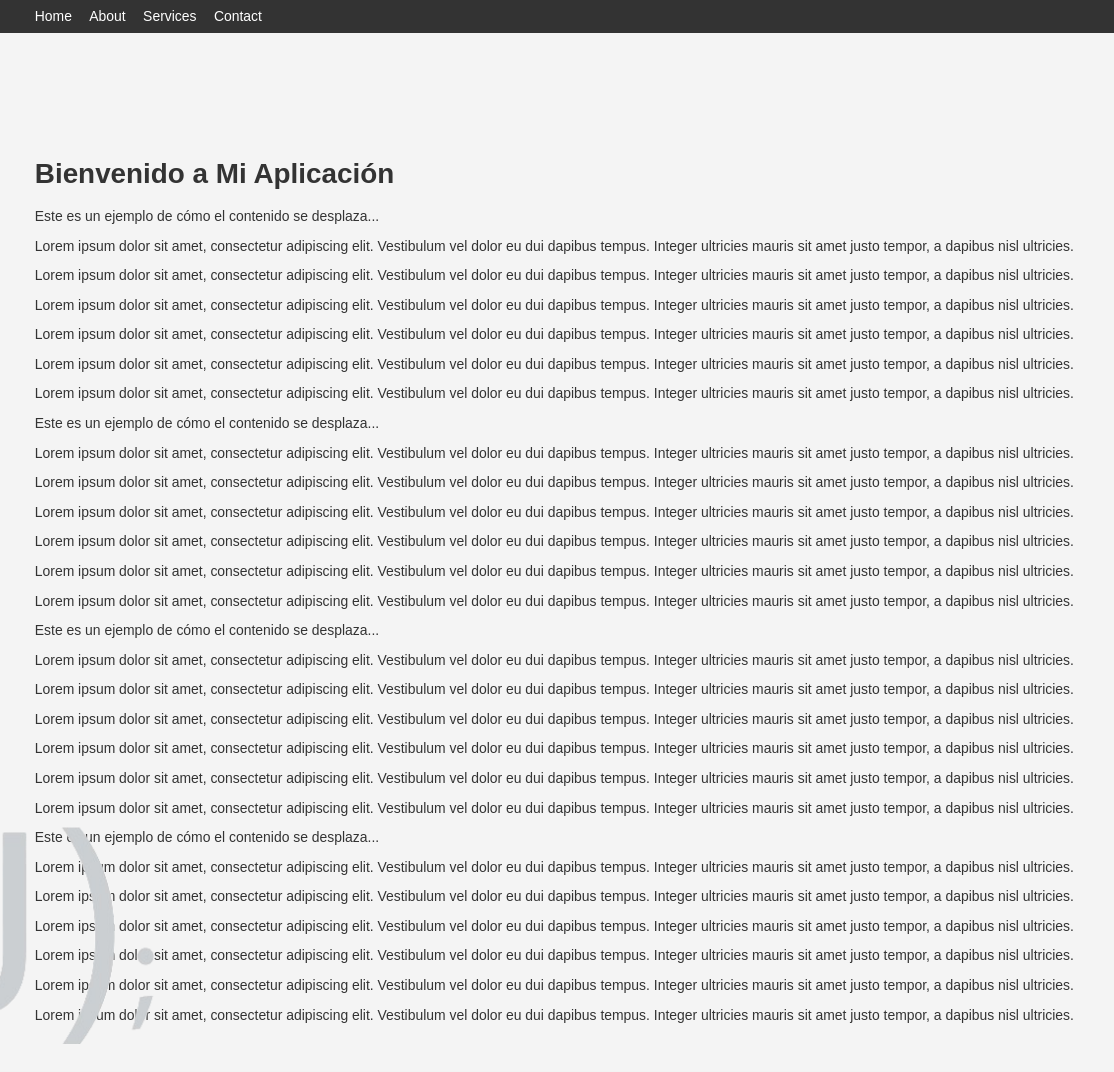
Repository: JoyMoGas/HelujaArc
Page: http://localhost/
An editor plug-in stored every save of this project. The page is shown before and after the next save, followed by the edit.
The browser window is 1280 px wide. The pictures show the whole page, at 87% of full size.
The page is served by the project's application, run on Flask 3 (run.py).

Above is the page before, as saved 2024-08-11 15:19:18.

### templates/index.html
{% extends "base.html" %}

{% block content %}
<div id="body-logo">
    <img src="{{ url_for('static', filename='logo.png') }}" alt="Logo" id="logo">
</div>

<div class="content">
    <h1>Bienvenido a Mi Aplicación</h1>
    <p>Este es un ejemplo de cómo el contenido se desplaza...</p>
    <p>Lorem ipsum dolor sit amet, consectetur adipiscing elit. Vestibulum vel dolor eu dui dapibus tempus. Integer ultricies mauris sit amet justo tempor, a dapibus nisl ultricies.</p>
    <p>Lorem ipsum dolor sit amet, consectetur adipiscing elit. Vestibulum vel dolor eu dui dapibus tempus. Integer ultricies mauris sit amet justo tempor, a dapibus nisl ultricies.</p>
    <p>Lorem ipsum dolor sit amet, consectetur adipiscing elit. Vestibulum vel dolor eu dui dapibus tempus. Integer ultricies mauris sit amet justo tempor, a dapibus nisl ultricies.</p>
    <p>Lorem ipsum dolor sit amet, consectetur adipiscing elit. Vestibulum vel dolor eu dui dapibus tempus. Integer ultricies mauris sit amet justo tempor, a dapibus nisl ultricies.</p>
    <p>Lorem ipsum dolor sit amet, consectetur adipiscing elit. Vestibulum vel dolor eu dui dapibus tempus. Integer ultricies mauris sit amet justo tempor, a dapibus nisl ultricies.</p>
    <p>Lorem ipsum dolor sit amet, consectetur adipiscing elit. Vestibulum vel dolor eu dui dapibus tempus. Integer ultricies mauris sit amet justo tempor, a dapibus nisl ultricies.</p>
    <p>Este es un ejemplo de cómo el contenido se desplaza...</p>
    <p>Lorem ipsum dolor sit amet, consectetur adipiscing elit. Vestibulum vel dolor eu dui dapibus tempus. Integer ultricies mauris sit amet justo tempor, a dapibus nisl ultricies.</p>
    <p>Lorem ipsum dolor sit amet, consectetur adipiscing elit. Vestibulum vel dolor eu dui dapibus tempus. Integer ultricies mauris sit amet justo tempor, a dapibus nisl ultricies.</p>
    <p>Lorem ipsum dolor sit amet, consectetur adipiscing elit. Vestibulum vel dolor eu dui dapibus tempus. Integer ultricies mauris sit amet justo tempor, a dapibus nisl ultricies.</p>
    <p>Lorem ipsum dolor sit amet, consectetur adipiscing elit. Vestibulum vel dolor eu dui dapibus tempus. Integer ultricies mauris sit amet justo tempor, a dapibus nisl ultricies.</p>
    <p>Lorem ipsum dolor sit amet, consectetur adipiscing elit. Vestibulum vel dolor eu dui dapibus tempus. Integer ultricies mauris sit amet justo tempor, a dapibus nisl ultricies.</p>
    <p>Lorem ipsum dolor sit amet, consectetur adipiscing elit. Vestibulum vel dolor eu dui dapibus tempus. Integer ultricies mauris sit amet justo tempor, a dapibus nisl ultricies.</p>

    <p>Este es un ejemplo de cómo el contenido se desplaza...</p>
    <p>Lorem ipsum dolor sit amet, consectetur adipiscing elit. Vestibulum vel dolor eu dui dapibus tempus. Integer ultricies mauris sit amet justo tempor, a dapibus nisl ultricies.</p>
    <p>Lorem ipsum dolor sit amet, consectetur adipiscing elit. Vestibulum vel dolor eu dui dapibus tempus. Integer ultricies mauris sit amet justo tempor, a dapibus nisl ultricies.</p>
    <p>Lorem ipsum dolor sit amet, consectetur adipiscing elit. Vestibulum vel dolor eu dui dapibus tempus. Integer ultricies mauris sit amet justo tempor, a dapibus nisl ultricies.</p>
    <p>Lorem ipsum dolor sit amet, consectetur adipiscing elit. Vestibulum vel dolor eu dui dapibus tempus. Integer ultricies mauris sit amet justo tempor, a dapibus nisl ultricies.</p>
    <p>Lorem ipsum dolor sit amet, consectetur adipiscing elit. Vestibulum vel dolor eu dui dapibus tempus. Integer ultricies mauris sit amet justo tempor, a dapibus nisl ultricies.</p>
    <p>Lorem ipsum dolor sit amet, consectetur adipiscing elit. Vestibulum vel dolor eu dui dapibus tempus. Integer ultricies mauris sit amet justo tempor, a dapibus nisl ultricies.</p>

    <p>Este es un ejemplo de cómo el contenido se desplaza...</p>
    <p>Lorem ipsum dolor sit amet, consectetur adipiscing elit. Vestibulum vel dolor eu dui dapibus tempus. Integer ultricies mauris sit amet justo tempor, a dapibus nisl ultricies.</p>
    <p>Lorem ipsum dolor sit amet, consectetur adipiscing elit. Vestibulum vel dolor eu dui dapibus tempus. Integer ultricies mauris sit amet justo tempor, a dapibus nisl ultricies.</p>
    <p>Lorem ipsum dolor sit amet, consectetur adipiscing elit. Vestibulum vel dolor eu dui dapibus tempus. Integer ultricies mauris sit amet justo tempor, a dapibus nisl ultricies.</p>
    <p>Lorem ipsum dolor sit amet, consectetur adipiscing elit. Vestibulum vel dolor eu dui dapibus tempus. Integer ultricies mauris sit amet justo tempor, a dapibus nisl ultricies.</p>
    <p>Lorem ipsum dolor sit amet, consectetur adipiscing elit. Vestibulum vel dolor eu dui dapibus tempus. Integer ultricies mauris sit amet justo tempor, a dapibus nisl ultricies.</p>
    <p>Lorem ipsum dolor sit amet, consectetur adipiscing elit. Vestibulum vel dolor eu dui dapibus tempus. Integer ultricies mauris sit amet justo tempor, a dapibus nisl ultricies.</p>


</div>
{% endblock %}

### templates/base.html
<!DOCTYPE html>
<html lang="en">
<head>
    <meta charset="UTF-8">
    <meta name="viewport" content="width=device-width, initial-scale=1.0">
    <title>Mi Aplicación</title>
    <!-- Incluir hoja de estilo -->
    <link rel="stylesheet" href="{{ url_for('static', filename='style.css') }}">
</head>
<body>
    <nav class="navbar">
        <div class="navbar-logo" id="navbar-logo" style="display: none;">
            <img src="{{ url_for('static', filename='logo.png') }}" alt="Logo">
        </div>
        <ul class="navbar-links">
            <li><a href="#">Home</a></li>
            <li><a href="#">About</a></li>
            <li><a href="#">Services</a></li>
            <li><a href="#">Contact</a></li>
        </ul>
    </nav>
    <div class="content">
        {% block content %}
        {% endblock %}
    </div>
    <script src="{{ url_for('static', filename='scripts.js') }}"></script>
</body>
</html>

### static/style.css
/* Estilo para el cuerpo de la página */
body {
    margin: 0;
    font-family: Arial, sans-serif;
    background-color: #f4f4f4; /* Color de fondo del body */
    color: #333; /* Color del texto del body */
}

/* Estilo para la navbar */
.navbar {
    position: fixed;
    top: 0;
    width: 100%;
    background-color: #333; /* Color de fondo de la navbar */
    color: white;
    display: flex;
    align-items: center;
    justify-content: space-between;
    padding: 10px 20px;
    z-index: 1000; /* Asegura que la navbar esté por encima de otros contenidos */
}

/* Logo en la navbar */
.navbar-logo img {
    height: 40px; /* Ajusta el tamaño del logotipo en la navbar */
}

/* Enlaces en la navbar */
.navbar-links {
    list-style: none;
    margin: 0;
    padding: 0;
    display: flex;
}

.navbar-links li {
    margin-left: 20px;
}

.navbar-links a {
    color: white;
    text-decoration: none;
    font-size: 16px;
    transition: color 0.3s ease;
}

.navbar-links a:hover {
    color: #ddd; /* Color del enlace al pasar el cursor */
}

/* Contenido de la página */
.content {
    padding: 20px;
    margin-top: 60px; /* Ajusta el margen superior para que el contenido no quede oculto debajo de la navbar */
}

/* Estilos iniciales del logotipo en el body */
#body-logo {
    position: absolute;
    bottom: 20px; /* Ajusta según la ubicación inicial */
    left: 20px; /* Ajusta según la ubicación inicial */
    transition: transform 0.5s ease, width 0.5s ease, height 0.5s ease;
}

/* Logotipo en la navbar */
.navbar-logo {
    position: fixed;
    top: 10px;
    right: 20px;
    width: 100px; /* Tamaño del logotipo en la navbar */
    height: auto;
    transform: scale(0.5);
    display: none; /* Inicialmente oculto */
}

/* Define la animación de deslizamiento */
@keyframes slideToNavbar {
    0% {
        transform: translateY(0) scale(1);
    }
    100% {
        transform: translateY(calc(-100vh + 50px)) scale(0.5);
    }
}

### static/scripts.js
"use strict";
document.addEventListener('DOMContentLoaded', () => {
    window.scrollTo(0, 0);
    const logo = document.getElementById('logo');
    const handleScroll = () => {
        if (window.scrollY > 50) {
            logo.style.position = 'fixed';
            logo.style.top = '0px';
            logo.style.left = '120px';
            logo.style.height = '100px';
            logo.style.transform = 'translateX(0) scale(0.6)';
        }
        else {
            logo.style.position = 'absolute';
            logo.style.top = '250px';
            logo.style.left = '50%';
            logo.style.transform = 'translateX(-50%) scale(1)';
            logo.style.height = '250px';
        }
    };
    window.addEventListener('scroll', handleScroll);
    // Inicializa el estado del logotipo
    handleScroll();
});
window.addEventListener('scroll', () => {
    const navbar = document.querySelector('.navbar');
    if (window.scrollY > 50) {
        navbar.classList.add('scrolled');
    }
    else {
        navbar.classList.remove('scrolled');
    }
});
window.addEventListener('beforeunload', () => {
    window.scrollTo(0, 0);
});

Loaded but not shown: run.py (common file)

After the next save:
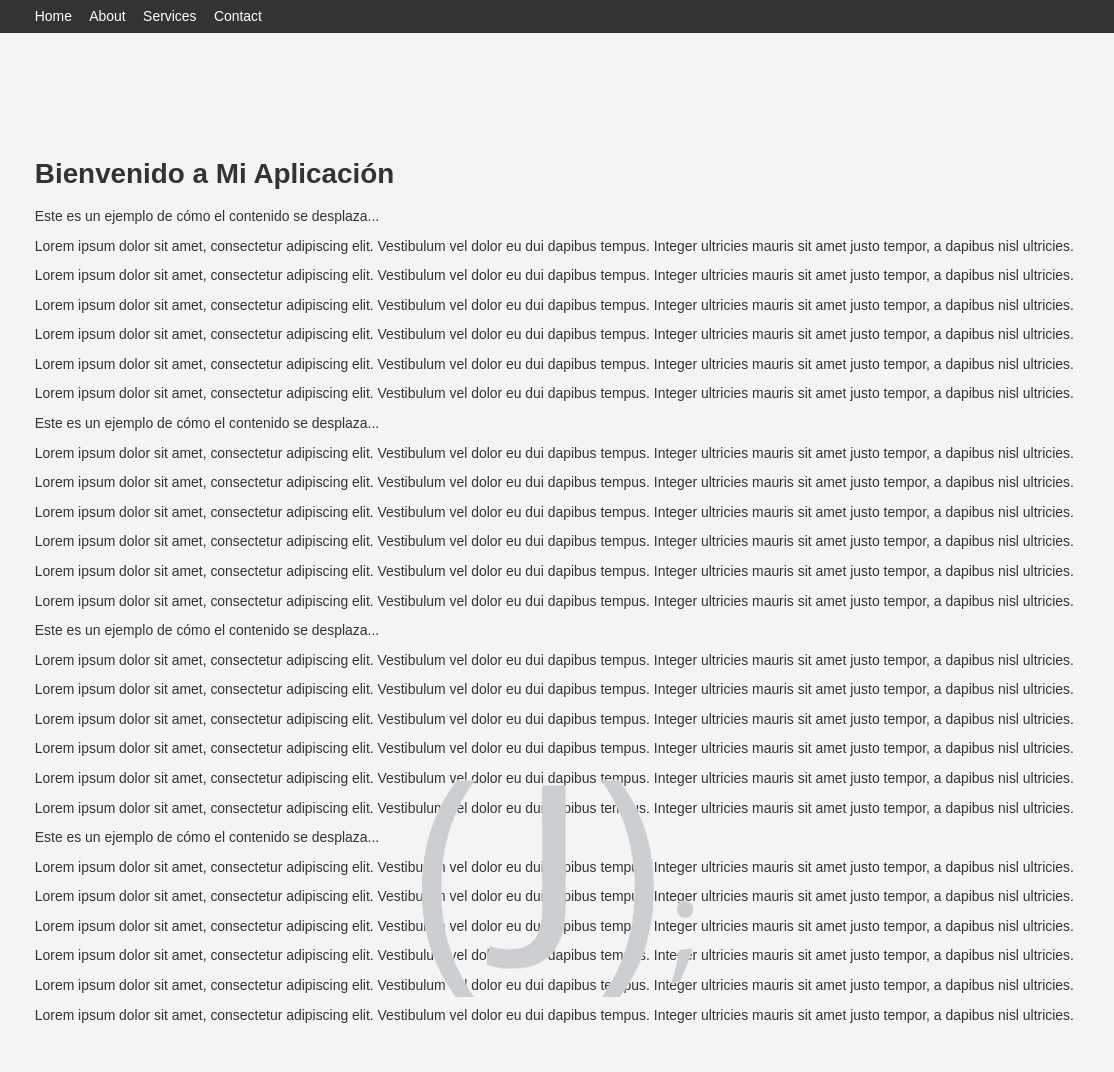
Saved 40 s later.
--- a/static/style.css
+++ b/static/style.css
@@ -4,6 +4,7 @@
     font-family: Arial, sans-serif;
     background-color: #f4f4f4; /* Color de fondo del body */
     color: #333; /* Color del texto del body */
+    position: relative; /* Necesario para la posición del logotipo */
 }
 
 /* Estilo para la navbar */
@@ -21,11 +22,46 @@
 }
 
 /* Logo en la navbar */
-.navbar-logo img {
-    height: 40px; /* Ajusta el tamaño del logotipo en la navbar */
+.navbar-logo {
+    position: fixed;
+    top: 10px;
+    left: 20px; /* Ajusta según la ubicación deseada en la navbar */
+    width: 60px; /* Tamaño del logotipo en la navbar */
+    height: auto;
+    transition: transform 0.5s ease, width 0.5s ease, height 0.5s ease;
+    display: none; /* Inicialmente oculto */
 }
 
-/* Enlaces en la navbar */
+/* Define la animación de deslizamiento */
+@keyframes slideToNavbar {
+    0% {
+        transform: translateY(0) translateX(0) scale(1);
+    }
+    100% {
+        transform: translateY(calc(-50vh + 10px)) translateX(calc(-50vw + 20px)) scale(0.5);
+    }
+}
+
+/* Estilos iniciales del logotipo en el body */
+#body-logo {
+    position: absolute;
+    top: 50%;
+    left: 50%;
+    transform: translate(-50%, -50%);
+    transition: transform 0.5s ease, width 0.5s ease, height 0.5s ease;
+}
+
+/* Aplica los estilos cuando el usuario hace scroll */
+.scrolled #body-logo {
+    display: none; /* Oculta el logotipo en el body */
+}
+
+.scrolled .navbar-logo {
+    display: block; /* Muestra el logotipo en la navbar */
+    animation: slideToNavbar 1s forwards; /* Aplica la animación */
+}
+
+/* Estilos para los enlaces en la navbar */
 .navbar-links {
     list-style: none;
     margin: 0;
@@ -53,32 +89,3 @@
     padding: 20px;
     margin-top: 60px; /* Ajusta el margen superior para que el contenido no quede oculto debajo de la navbar */
 }
-
-/* Estilos iniciales del logotipo en el body */
-#body-logo {
-    position: absolute;
-    bottom: 20px; /* Ajusta según la ubicación inicial */
-    left: 20px; /* Ajusta según la ubicación inicial */
-    transition: transform 0.5s ease, width 0.5s ease, height 0.5s ease;
-}
-
-/* Logotipo en la navbar */
-.navbar-logo {
-    position: fixed;
-    top: 10px;
-    right: 20px;
-    width: 100px; /* Tamaño del logotipo en la navbar */
-    height: auto;
-    transform: scale(0.5);
-    display: none; /* Inicialmente oculto */
-}
-
-/* Define la animación de deslizamiento */
-@keyframes slideToNavbar {
-    0% {
-        transform: translateY(0) scale(1);
-    }
-    100% {
-        transform: translateY(calc(-100vh + 50px)) scale(0.5);
-    }
-}
